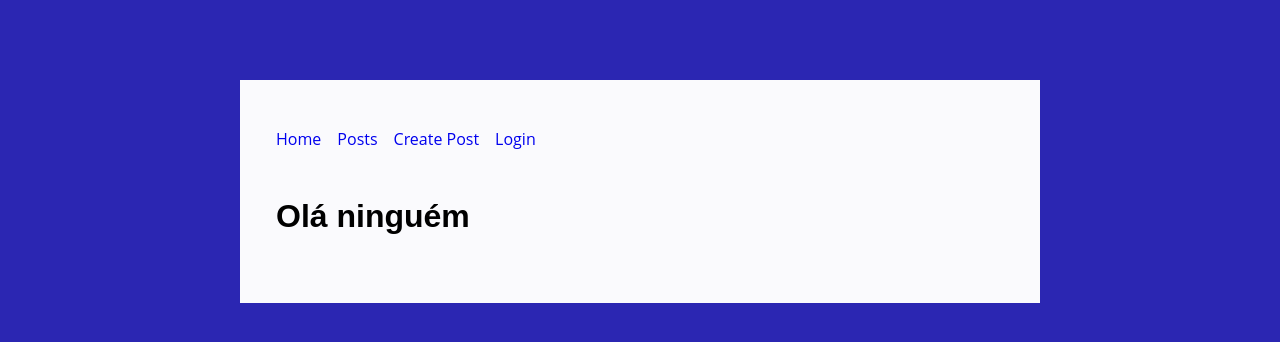
Repository: humbertobrasileiro/next-auth
Page: /
The author's editor kept a copy of each file at every save. The page is drawn from the files as they stood at one save, then again after the next save.
The browser window is 1280 px wide. The pictures show the whole page.
The page's requests for data from a server got no answer. The project was rebuilt for these pictures with package versions that can differ from the ones it lists, and the page was loaded fresh each time. The framework's server and built-in components were replaced by stand-ins that run in the browser. No one was signed in, and anything a server would have sent is missing. Also part of the build but not shown: next.config.js.

Above is the page before, as saved 2021-09-13 16:00:26.

After the next save:
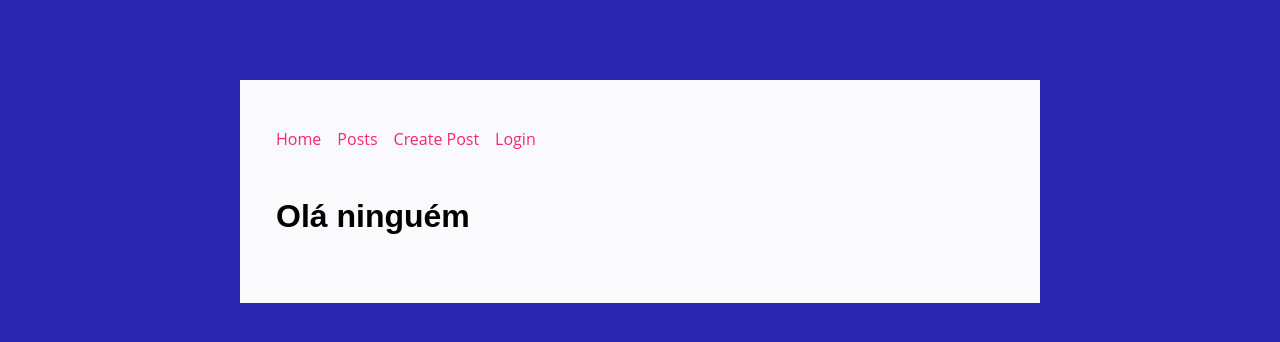
Saved 29 s later.
--- a/src/styles/global-styles.ts
+++ b/src/styles/global-styles.ts
@@ -27,7 +27,7 @@ export const GlobalStyles = createGlobalStyle`
     padding: ${({ theme }) => theme.spacings.medium};
   }
   a {
-    color: ${({ theme }) => theme.colors.secondaryColor};
+    color: ${({ theme }) => theme.colors.secondary};
   }
   .table {
     width: 100%;
